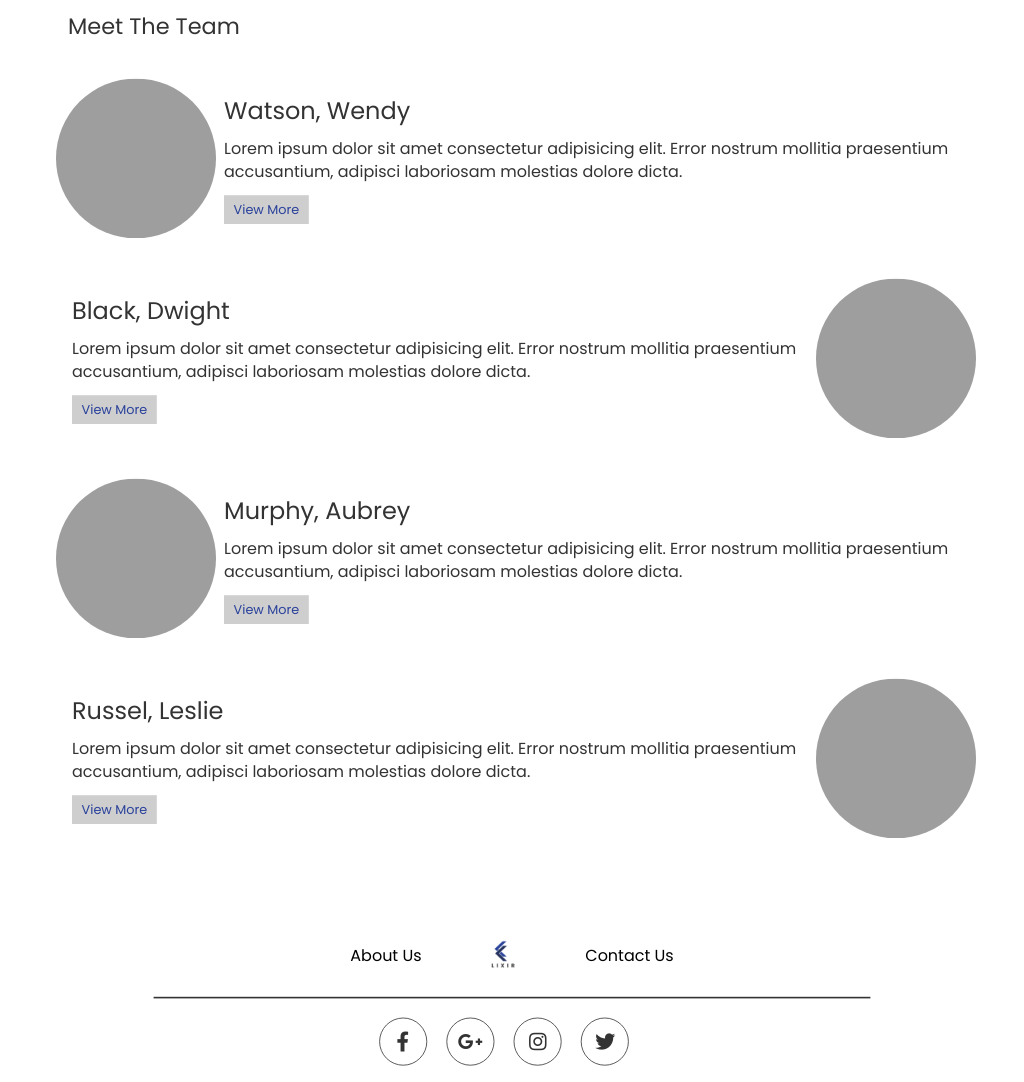
Repository: phiiileo/lit-page
Page: team-page.html
An editor plug-in stored every save of this project. The page is shown before and after a run of saves, followed by the edit.
The browser window is 1280 px wide. The pictures show the whole page, at 80% of full size.
Pictures or frames that could not be fetched are drawn as grey boxes. Some web libraries are served in a nearby version.

Above is the page before, as saved 2019-12-04 21:58:10.

After the next 3 saves:
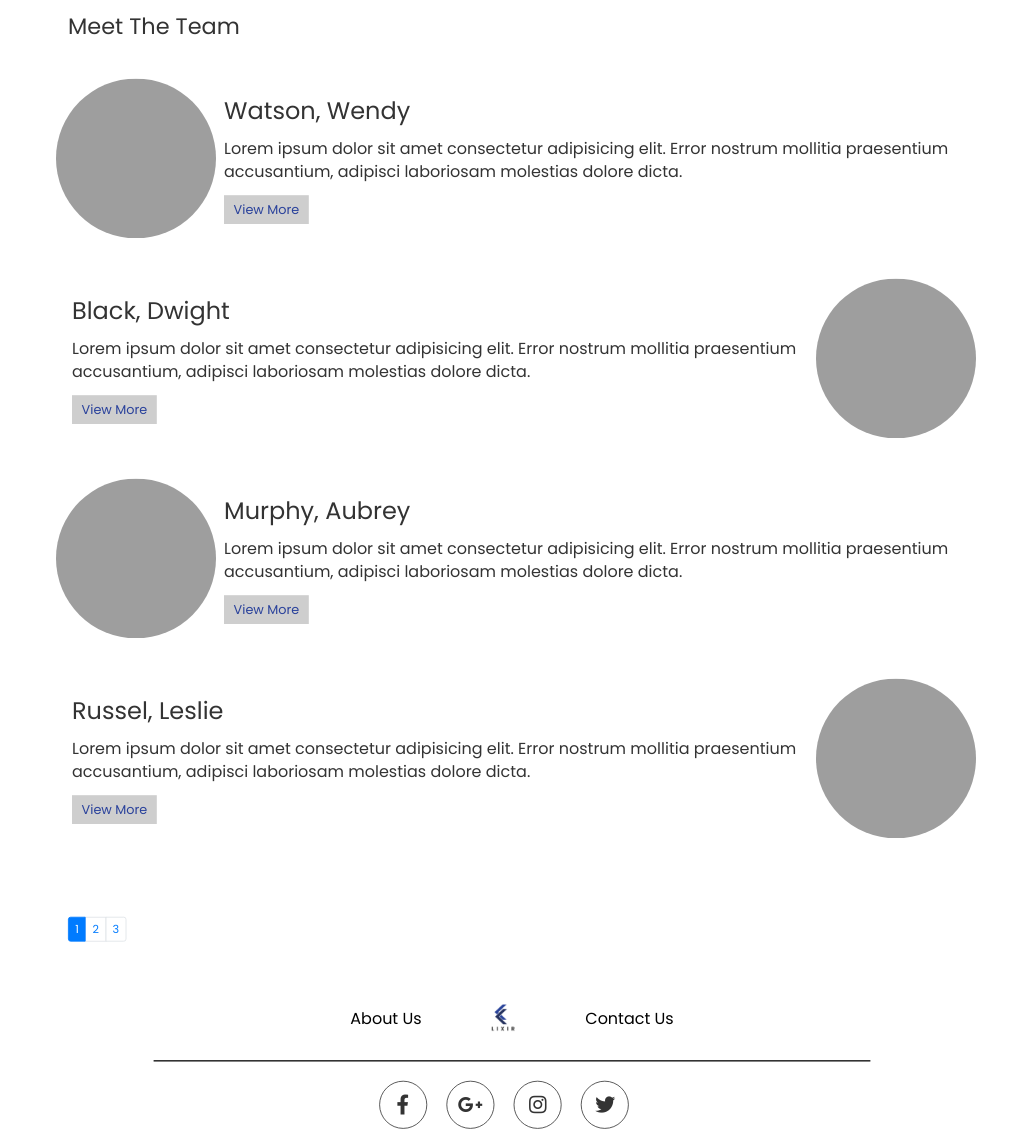
The 3 saves are shown as one change because they came seconds apart.
The last was saved 24 s later.
--- a/team-page.html
+++ b/team-page.html
@@ -106,6 +106,20 @@
         </div>
 
     </div>
+
+    <nav aria-label="...">
+        <ul class="pagination pagination-sm">
+            <li class="page-item active" aria-current="page">
+                <span class="page-link">
+                    1
+                    <span class="sr-only">(current)</span>
+                </span>
+            </li>
+            <li class="page-item"><a class="page-link" href="#">2</a></li>
+            <li class="page-item"><a class="page-link" href="#">3</a></li>
+        </ul>
+    </nav>
+
 </div>
 
 <footer class="mt-5">
